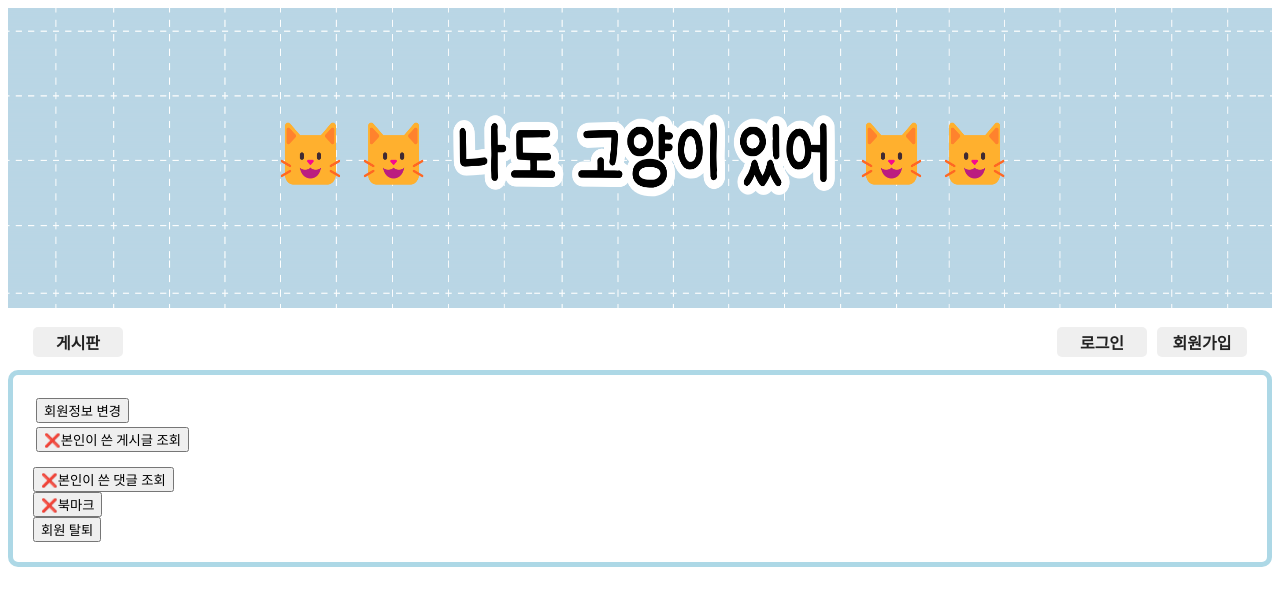
Repository: hh7711/Goit
Page: http://localhost/Goit/WEB-INF/views/myPage.jsp
An editor plug-in stored every save of this project. The page is shown before and after the next save, followed by the edit.
The browser window is 1280 px wide. The pictures show the whole page.
Some web fonts or font styles are not loaded; a fallback is used. The page is served by Tomcat 9. Nobody is signed in. The template is opened directly, without the code that normally fills it, so the values that code supplies are empty.

Above is the page before, as saved 2023-08-06 13:59:53.

After the next save:
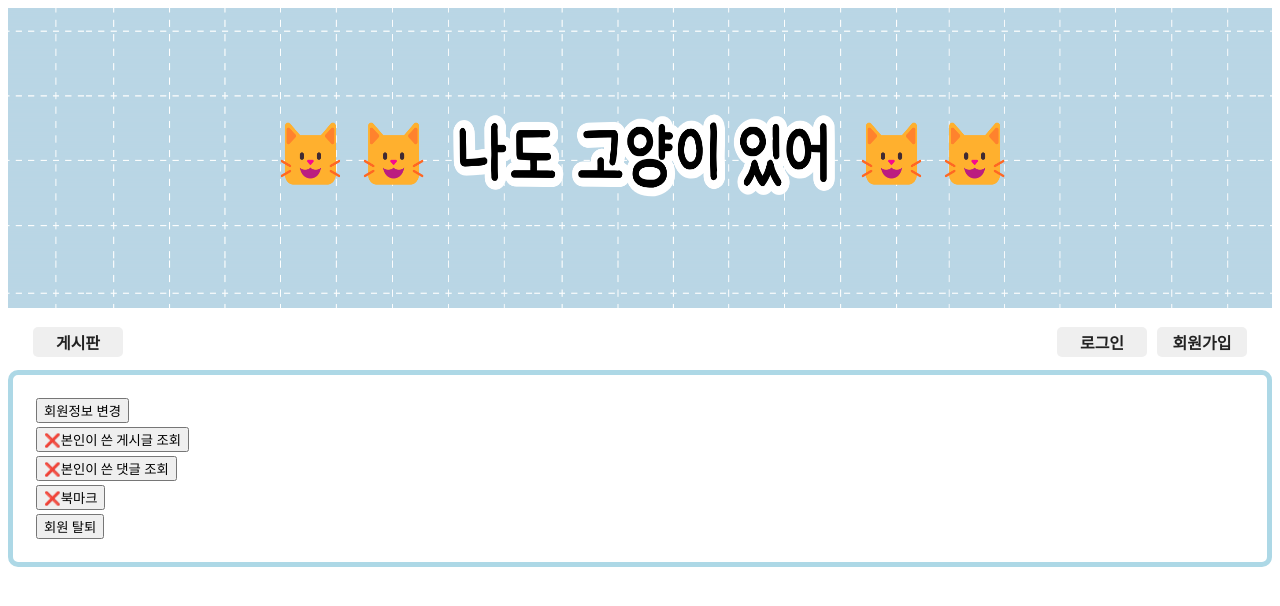
Saved 98 s later.
--- a/Goit/src/main/webapp/WEB-INF/views/myPage.jsp
+++ b/Goit/src/main/webapp/WEB-INF/views/myPage.jsp
@@ -87,27 +87,26 @@
 					</tr>
 					<tr>
 						<td>
+							<div>
+								<button type="button" onclick="location.href='#'">❌본인이 쓴 댓글 조회</button>
+							</div>
 						</td>
 					</tr>
 					<tr>
 						<td>
+							<div>
+								<button type="button" onclick="location.href='#'">❌북마크</button>
+							</div>
 						</td>
 					</tr>
 					<tr>
 						<td>
+							<div>
+								<button type="button" id="memberDelete">회원 탈퇴</button>
+							</div>
 						</td>
 					</tr>
 				</table>
-
-				<div>
-					<button type="button" onclick="location.href='#'">❌본인이 쓴 댓글 조회</button>
-				</div>
-				<div>
-					<button type="button" onclick="location.href='#'">❌북마크</button>
-				</div>
-				<div>
-					<button type="button" id="memberDelete">회원 탈퇴</button>
-				</div>
 			</div><!-- 본문 -->
 		</div><!-- main1 -->
 	</div><!-- main2 -->
